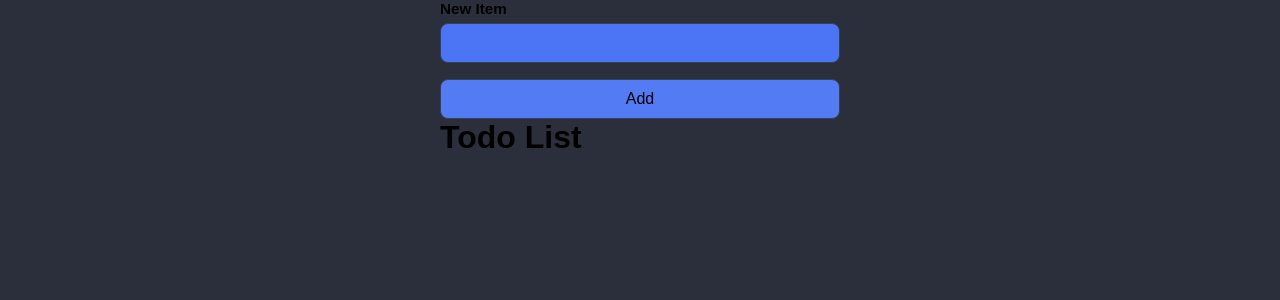
Repository: emmanuel2011-program/react-to-do-list
Page: /
An editor plug-in stored every save of this project. The page is shown before and after a run of saves, followed by the edit.
The browser window is 1280 px wide. The pictures show the whole page.
The project was rebuilt for these pictures with package versions that can differ from the ones it lists, and the page was loaded fresh each time. Also part of the build but not shown: vite.config.js.

Above is the page before, as saved 2025-11-04 05:26:14.

After the next 2 saves:
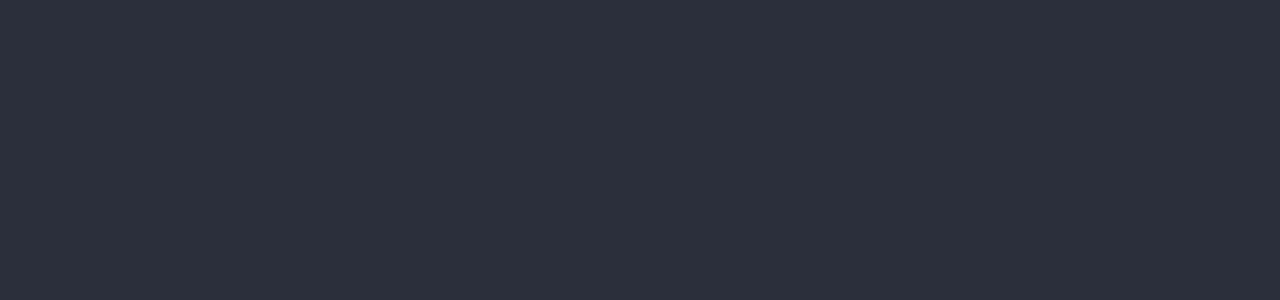
Console error: ReferenceError: toDos is not defined
The 2 saves are shown as one change because they came seconds apart.
The last was saved 14 s later.
--- a/src/App.jsx
+++ b/src/App.jsx
@@ -43,7 +43,7 @@
   </form>
   <h1 className="header">Todo List</h1>
   <ul className="list">
-    {}
+    {toDos}
     {todos.map(todo => {
       return (
     <li key={todo.id}>

After the 2 saves that followed:
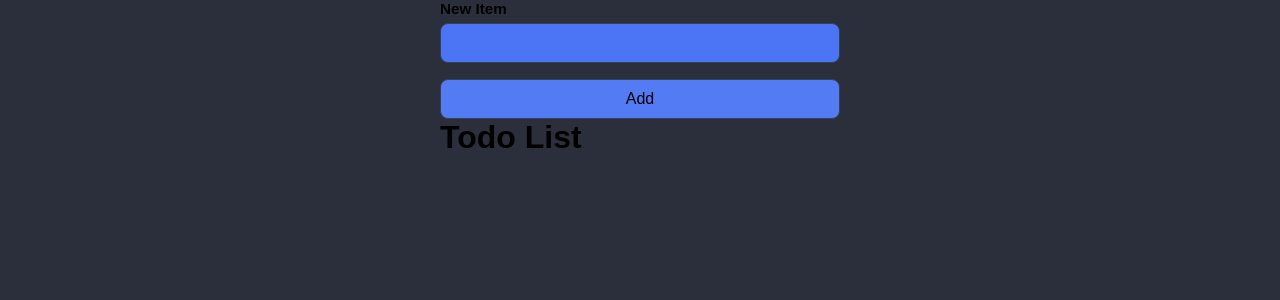
The error is gone.
The 2 saves are shown as one change because 1 did not build or start.
The last was saved 8 s later.
--- a/src/App.jsx
+++ b/src/App.jsx
@@ -43,7 +43,7 @@
   </form>
   <h1 className="header">Todo List</h1>
   <ul className="list">
-    {toDos}
+    {}
     {todos.map(todo => {
       return (
     <li key={todo.id}>
